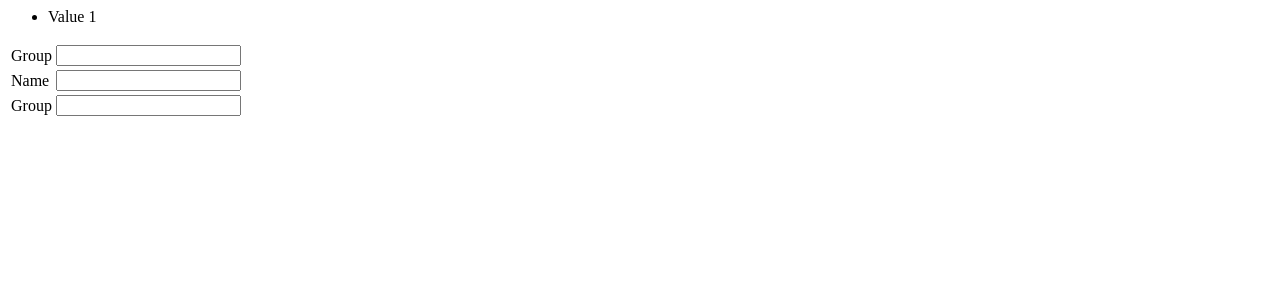
Repository: joliest/MyGits
Page: http://localhost/MiniTracker/Attribute.jsp
The author's editor kept a copy of each file at every save. The page is drawn from the files as they stood at one save, then again after the next save.
The browser window is 1280 px wide. The pictures show the whole page.
The page is served by Tomcat 9. Other server files are loaded and not shown.

Above is the page before, as saved 2017-10-08 07:50:19.

### Java/Project_JIRA/MiniTracker/WebContent/Attribute.jsp
<%@ page language="java" contentType="text/html; charset=ISO-8859-1"
    pageEncoding="ISO-8859-1"%>
<html>
	<head>
		<title>Attribute Page</title>
	</head>
	<body>
		<div id="RoleListBox">
			<ul id="RoleList">
				<li>Value 1</li>
			</ul>
		</div>

		<div id="RoleTextFieldsBox">
			<table>
				<tr>
					<td>Group</td>
					<td><input type="text" name="group"></td>
				</tr>
				<tr>
					<td>Name</td>
					<td><input type="text" name="name"></td>
				</tr>
				<tr>
					<td>Group</td>
					<td><input type="text" name="group"></td>
				</tr>
			</table>
		</div>
	</body>
</html>

After the next save:
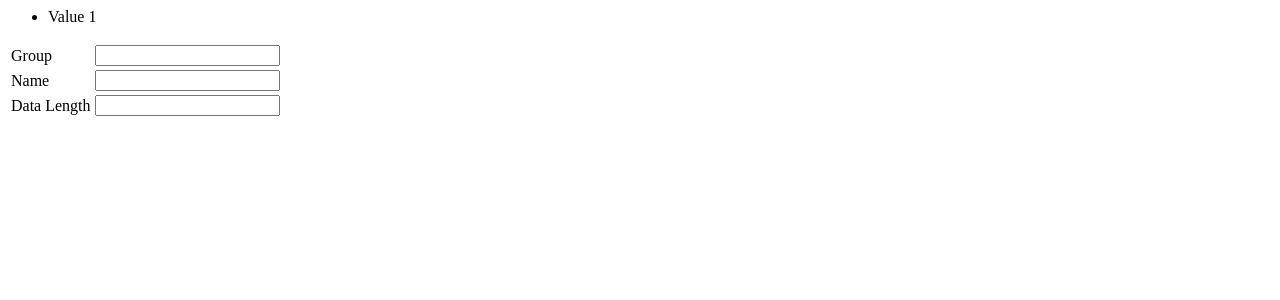
Saved 10 s later.
--- a/Java/Project_JIRA/MiniTracker/WebContent/Attribute.jsp
+++ b/Java/Project_JIRA/MiniTracker/WebContent/Attribute.jsp
@@ -22,8 +22,8 @@
 					<td><input type="text" name="name"></td>
 				</tr>
 				<tr>
-					<td>Group</td>
-					<td><input type="text" name="group"></td>
+					<td>Data Length</td>
+					<td><input type="text" name="dataLength"></td>
 				</tr>
 			</table>
 		</div>
